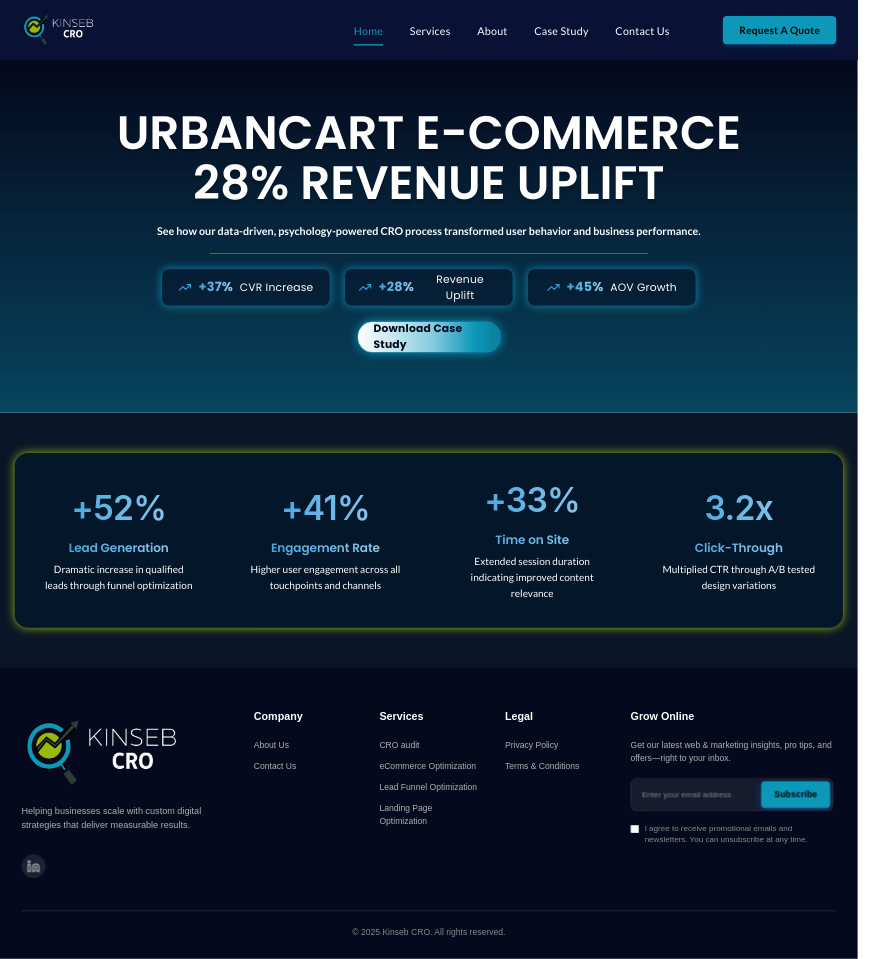
Repository: YahyaK01/kinseb
Page: /case-study/e-commerce-revenue-uplift-through-testing
These files come from the project's save history. The page is drawn as it stood at one moment and after the next save; the edit follows.
The browser window is 1280 px wide. The page is 1280 px wide, then 1298 px, so the pictures cover 1298 px, including what lies to the right of the window. The pictures show the whole page, at 67% of full size.
The project was rebuilt for these pictures with package versions that can differ from the ones it lists, and the page was loaded fresh each time. Also part of the build but not shown: src/components/FAQ.js, src/components/CTA.jsx, src/components/MetricsSection.jsx, src/components/WhyCROMatter.jsx, src/components/Processsection.jsx, src/components/Hero.jsx, src/components/marquee.jsx, src/components/CEO.jsx and 29 more.

Above is the page before, as saved 2025-12-12 00:33:50.

After the next save:
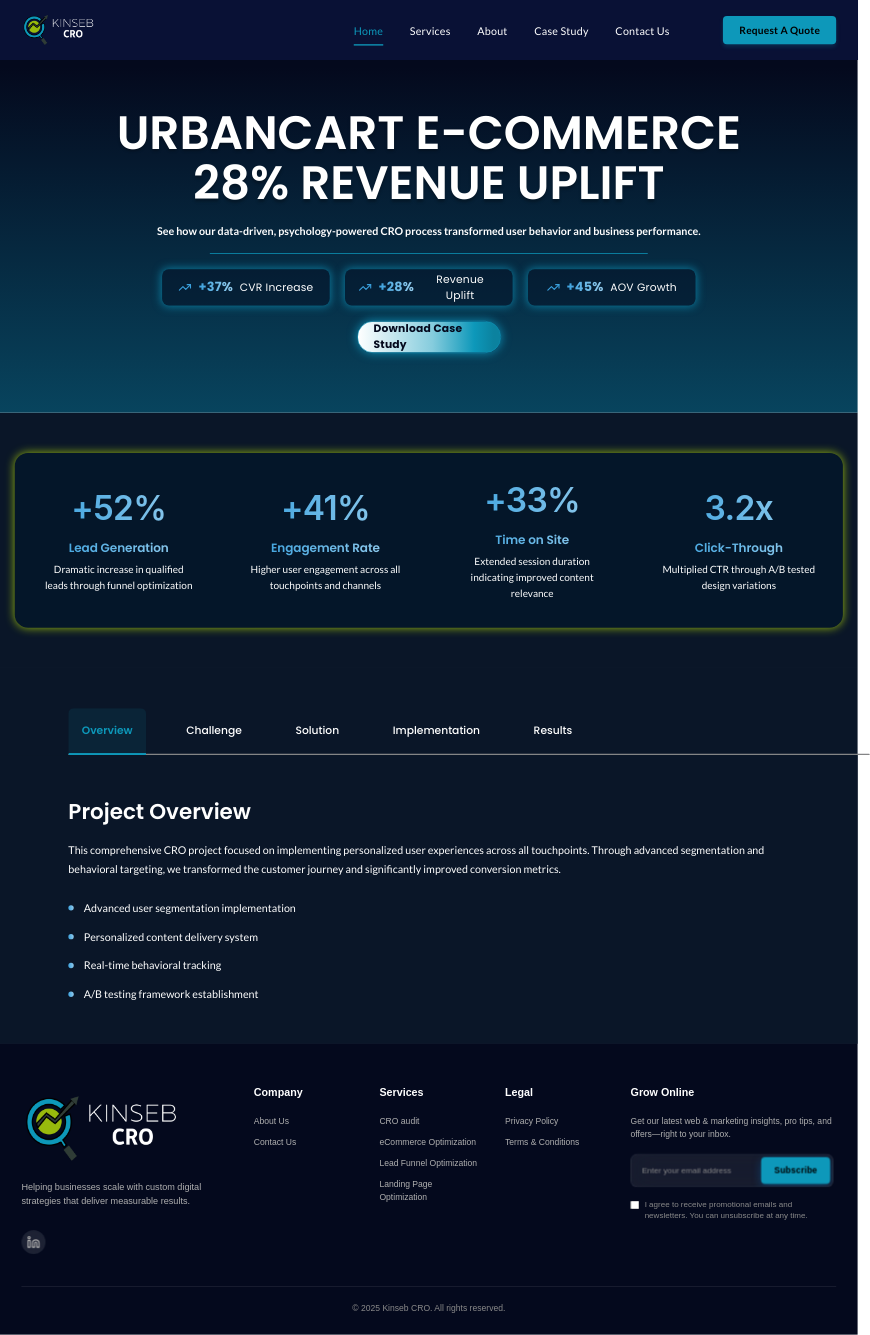
Saved 23 s later.
--- a/src/Pages/CaseStudyDetaiPage.js
+++ b/src/Pages/CaseStudyDetaiPage.js
@@ -2,6 +2,7 @@
 import { useParams } from 'react-router-dom';
 import CaseStudyHero from '../components/CaseStudyHero';
 import CaseStudyOutcomes from '../components/CaseStudyOutcomes';
+import CaseStudyTabs from '../components/CaseStudyTabs';
 
 const CaseStudyDetailPage = () => {
   const { slug } = useParams();
@@ -10,11 +11,7 @@
     <div style={{ width: '100%' }}>
       <CaseStudyHero slug={slug} />
       <CaseStudyOutcomes slug={slug} />
-
-      {/* Add more sections here as you build them */}
-      {/* <CaseStudyContent slug={slug} /> */}
-      {/* <CaseStudyResults slug={slug} /> */}
-      {/* <CaseStudyTestimonial slug={slug} /> */}
+      <CaseStudyTabs slug={slug} />
     </div>
   );
 };
